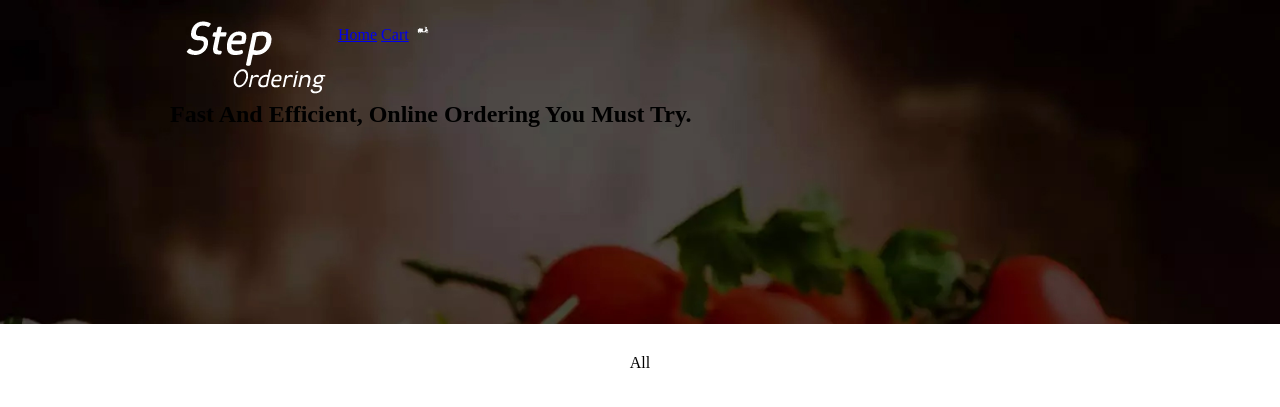
Repository: anastasia29-step/Online-Restaurant
Page: index.html
An editor plug-in stored every save of this project. The page is shown before and after the next save, followed by the edit.
The browser window is 1280 px wide. The pictures show the whole page.

Above is the page before, as saved 2026-03-09 15:09:59.
Not found: app.js/

After the next save:
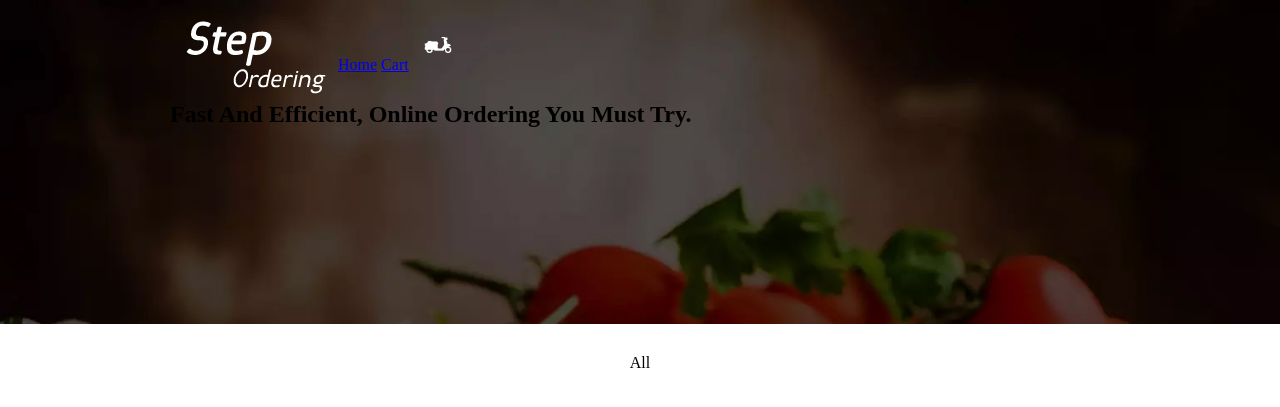
Saved 6 s later.
--- a/style.css
+++ b/style.css
@@ -28,5 +28,5 @@ ul {
 }
 
 .beside .right img {
-    width: 20px;
+    width: 50px;
 }
